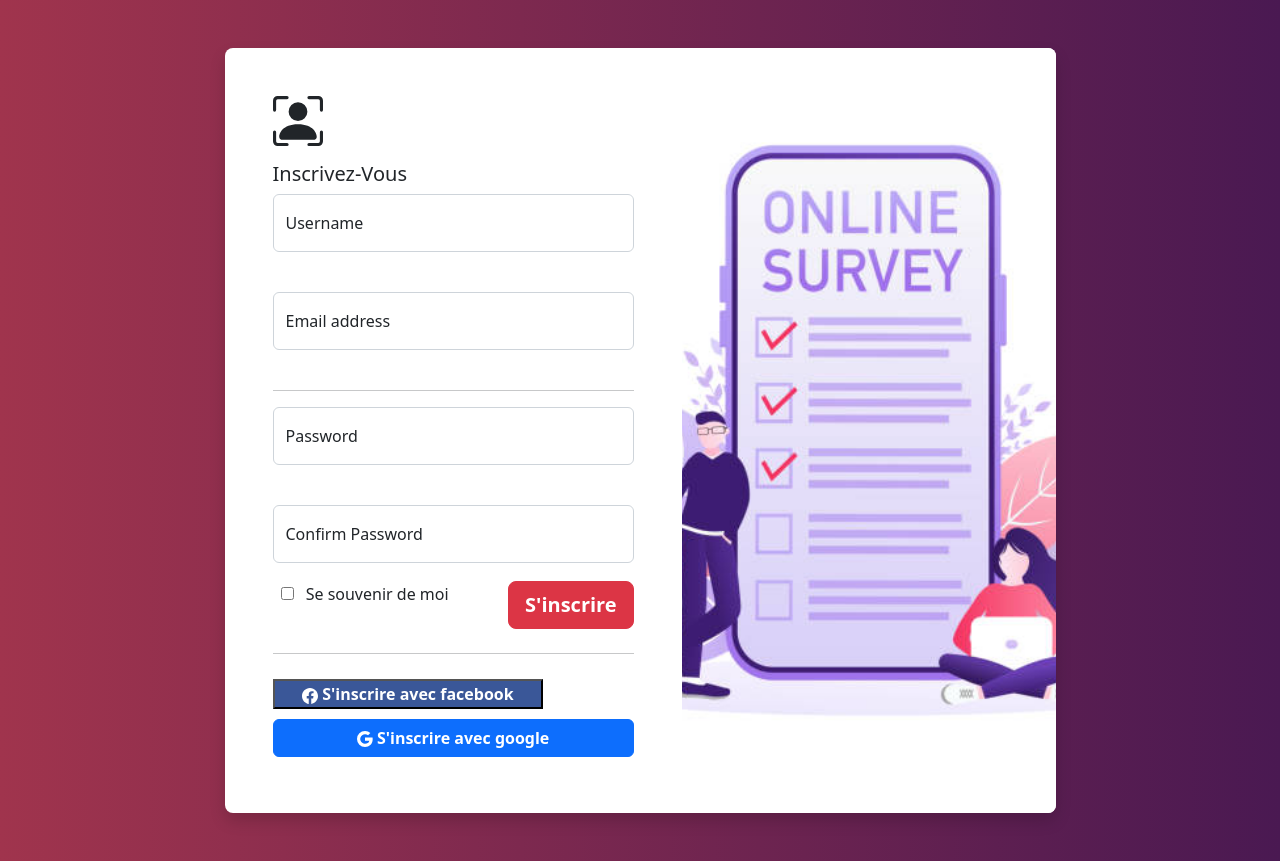
Repository: Djiamil/testsMoustaphaDER
Page: index.html
The author's editor kept a copy of each file at every save. The page is drawn from the files as they stood at one save, then again after the next save.
The browser window is 1280 px wide. The pictures show the whole page.

Above is the page before, as saved 2022-12-09 00:59:03.

### index.html
<!DOCTYPE html>
<html lang="en">
<head>
    <meta charset="UTF-8">
    <meta http-equiv="X-UA-Compatible" content="IE=edge">
    <meta name="viewport" content="width=device-width, initial-scale=1.0">
    <title>Formulaire d'inscription Futur Digital</title>
    <link rel="stylesheet" href="https://cdn.jsdelivr.net/npm/bootstrap@5.2.3/dist/css/bootstrap.min.css" integrity="sha384-rbsA2VBKQhggwzxH7pPCaAqO46MgnOM80zW1RWuH61DGLwZJEdK2Kadq2F9CUG65" crossorigin="anonymous">
    <link rel="stylesheet" href="style.css">
</head>
<body>
    <div class="container">
        <div class="row">
          <div class="col-lg-10 col-xl-9 mx-auto">
            <div class="card flex-row my-5 border-0 shadow rounded-3 overflow-hidden">
                <div class="card-body p-4 p-sm-5">
                    <div class="d-flex flex-column">
                        <svg xmlns="http://www.w3.org/2000/svg" width="50" height="50" fill="currentColor" class="bi bi-person-bounding-box mb-3" viewBox="0 0 16 16">
                            <path d="M1.5 1a.5.5 0 0 0-.5.5v3a.5.5 0 0 1-1 0v-3A1.5 1.5 0 0 1 1.5 0h3a.5.5 0 0 1 0 1h-3zM11 .5a.5.5 0 0 1 .5-.5h3A1.5 1.5 0 0 1 16 1.5v3a.5.5 0 0 1-1 0v-3a.5.5 0 0 0-.5-.5h-3a.5.5 0 0 1-.5-.5zM.5 11a.5.5 0 0 1 .5.5v3a.5.5 0 0 0 .5.5h3a.5.5 0 0 1 0 1h-3A1.5 1.5 0 0 1 0 14.5v-3a.5.5 0 0 1 .5-.5zm15 0a.5.5 0 0 1 .5.5v3a1.5 1.5 0 0 1-1.5 1.5h-3a.5.5 0 0 1 0-1h3a.5.5 0 0 0 .5-.5v-3a.5.5 0 0 1 .5-.5z"/>
                            <path d="M3 14s-1 0-1-1 1-4 6-4 6 3 6 4-1 1-1 1H3zm8-9a3 3 0 1 1-6 0 3 3 0 0 1 6 0z"/>
                        </svg>
                        <h5 class="card-title  fw-light fs-5">Inscrivez-Vous</h5>
                    </div>
                    <form class="form" id="form">

                    <div class="form-floating mb-3">
                        <label for="floatingInputUsername">Username</label>
                        <input type="text" class="form-control" id="username" placeholder="Enter username">
                        <small>Error message</small>
                    </div>

                    <div class="form-floating mb-3">
                        <label for="floatingInputEmail">Email address</label>
                        <input type="text" class="form-control" id="email" placeholder="Enter email">
                        <small>Error message</small>
                    </div>

                    <hr>

                    <div class="form-floating mb-3">
                        <label for="floatingPassword">Password</label>
                        <input type="password" class="form-control" id="password" placeholder="Enter password">
                        <small>Error message</small>
                    </div>

                    <div class="form-floating mb-3">
                        <label for="floatingPasswordConfirm">Confirm Password</label>
                        <input type="password" class="form-control" id="password2" placeholder="Confirm your password">
                    </div>

                    <div class="d-grid mb-2 w-100 d-flex justify-content-between">
                        <div>
                            <input type="checkbox" value="" class="m-2">
                            Se souvenir de moi
                        </div>
                        <button class="btn btn-lg btn-danger btn-login fw-bold  mr-25" id="btninscription">S'inscrire</button>
                    </div>

                    <hr class="my-4">
                </form>
                    <div class="d-grid mb-2 w-75">
                        <button class="btn-facebook fw-bold ">
                            <svg xmlns="http://www.w3.org/2000/svg" width="16" height="16" fill="currentColor" class="bi bi-facebook" viewBox="0 0 16 16">
                                <path d="M16 8.049c0-4.446-3.582-8.05-8-8.05C3.58 0-.002 3.603-.002 8.05c0 4.017 2.926 7.347 6.75 7.951v-5.625h-2.03V8.05H6.75V6.275c0-2.017 1.195-3.131 3.022-3.131.876 0 1.791.157 1.791.157v1.98h-1.009c-.993 0-1.303.621-1.303 1.258v1.51h2.218l-.354 2.326H9.25V16c3.824-.604 6.75-3.934 6.75-7.951z"/>
                            </svg>
                            S'inscrire avec facebook
                        </button>
                    </div>
                    <div class="d-grid mb-2">
                        <button class="btn btn-primary fw-bold ">
                            <svg xmlns="http://www.w3.org/2000/svg" width="16" height="16" fill="currentColor" class="bi bi-google" viewBox="0 0 16 16">
                                <path d="M15.545 6.558a9.42 9.42 0 0 1 .139 1.626c0 2.434-.87 4.492-2.384 5.885h.002C11.978 15.292 10.158 16 8 16A8 8 0 1 1 8 0a7.689 7.689 0 0 1 5.352 2.082l-2.284 2.284A4.347 4.347 0 0 0 8 3.166c-2.087 0-3.86 1.408-4.492 3.304a4.792 4.792 0 0 0 0 3.063h.003c.635 1.893 2.405 3.301 4.492 3.301 1.078 0 2.004-.276 2.722-.764h-.003a3.702 3.702 0 0 0 1.599-2.431H8v-3.08h7.545z"/>
                              </svg> S'inscrire avec google
                        </button>
                    </div>

                </div>
                <div class="card-img-left d-none d-md-flex">
                    <!-- Background image for card set in CSS! -->
                  </div>
            </div>
        </div>
    </div>
<script src="https://cdn.jsdelivr.net/npm/bootstrap@5.2.3/dist/js/bootstrap.min.js" integrity="sha384-cuYeSxntonz0PPNlHhBs68uyIAVpIIOZZ5JqeqvYYIcEL727kskC66kF92t6Xl2V" crossorigin="anonymous"></script>
<script src="script.js"></script>
</body>
</html>

### style.css
@import url('https://fonts.googleapis.com/css2?family=Open+Sans:wght@300&display=swap');
:root{
  --success-color: #2ecc71;
  --error-color: #e74c3c;
}
body {
    background: #a0344d;
    background: linear-gradient(to right, #a0344d, #4a1952);
  }

  .card-img-left {
    width: 45%;
    /* Link to your background image using in the property below! */
    background: scroll center url('./image/ins.jpg');
    background-size: cover;
  }

  /* .btn-login {
    font-size: 0.9rem;
    letter-spacing: 0.05rem;
    padding: 0.75rem 1rem;
  } */

  /* .btn-google {
    color: white !important;
    background-color: #2297f4;
  } */

  .btn-facebook {
    color: white !important;
    background-color: #3a5798;
  }
  .form-floating input:focus{
    outline: 0;
    border-color: #777;
}

.form-floating.success input{
    border-color: var(--success-color);
    margin: 2rem;
}

.form-floating.error input{
    border-color: var(--error-color);
}

  .form-floating small{
    color: var(--error-color);
    bottom: 0;
    left: 0;
    visibility: hidden;
}

.form-floating.error small{
    visibility: visible;
}
button{
  position:relative;
  margin-top: 0.1rem;
}

### script.js
const form = document.getElementById('form');
const username = document.getElementById('username');
const email = document.getElementById('email');
const password = document.getElementById('password');
const password2 = document.getElementById('password2');



function showError(input, message) {//Afficher les messages d'erreur
    const formControl = input.parentElement;
    formControl.className = 'form-floating error';
    const small = formControl.querySelector('small');
    small.innerText = message;
}

function showSuccess(input) {
    const formControl = input.parentElement;
    formControl.className = 'form-floating success';
}

function checkEmail(input) {//Tester si l'email est valide :  javascript : valid email
    const re = /^(([^<>()\[\]\\.,;:\s@"]+(\.[^<>()\[\]\\.,;:\s@"]+)*)|(".+"))@((\[[0-9]{1,3}\.[0-9]{1,3}\.[0-9]{1,3}\.[0-9]{1,3}\])|(([a-zA-Z\-0-9]+\.)+[a-zA-Z]{2,}))$/;

    if (re.test(input.value.trim().toLowerCase())) {
        showSuccess(input);
    } else {
        showError(input,`Email is not valid!`);
    }
}

function checkRequired(inputArray) {// Tester si les champs ne sont pas vides
    inputArray.forEach(input => {
        if (input.value.trim() === '') {
            showError(input,`${getFieldName(input)} is required`);
        }else{
            showSuccess(input);
        }
    });
}

//
function getFieldName(input) {//Retour le nom de chaque input en se basant sur son id
    return input.id.charAt(0).toUpperCase() + input.id.slice(1);
}
//

//
function checkLength(input, min, max) {//Tester la longueur de la valeur  d'un input
    if(input.value.length < min){
        showError(input, `${getFieldName(input)} must be at least ${min} characters!`)
    }else if(input.value.length > max){
        showError(input, `${getFieldName(input)} must be less than ${max} characters !`);
    }else{
        showSuccess(input);
    }
}
//
function checkPasswordMatch(input1, input2) {//Verifie la conformité des password
    if (input1.value !== input2.value) {
        showError(input2, 'Passwords do not match!');
    }
}

form.addEventListener('submit',function(e){
    e.preventDefault();//Bloquer la soumission du formulaire


    checkRequired([username, email, password, password2]);
    //
    checkLength(username, 3, 15);
    checkLength(password, 6, 25);
    checkEmail(email);
    checkPasswordMatch(password,password2);


    /*
    function isValidEmail(email) {//Tester si l'email est valide
    const re = /^(([^<>()\[\]\\.,;:\s@"]+(\.[^<>()\[\]\\.,;:\s@"]+)*)|(".+"))@((\[[0-9]{1,3}\.[0-9]{1,3}\.[0-9]{1,3}\.[0-9]{1,3}\])|(([a-zA-Z\-0-9]+\.)+[a-zA-Z]{2,}))$/;
    return re.test(String(email).toLowerCase());
}
*/
});

After the next save:
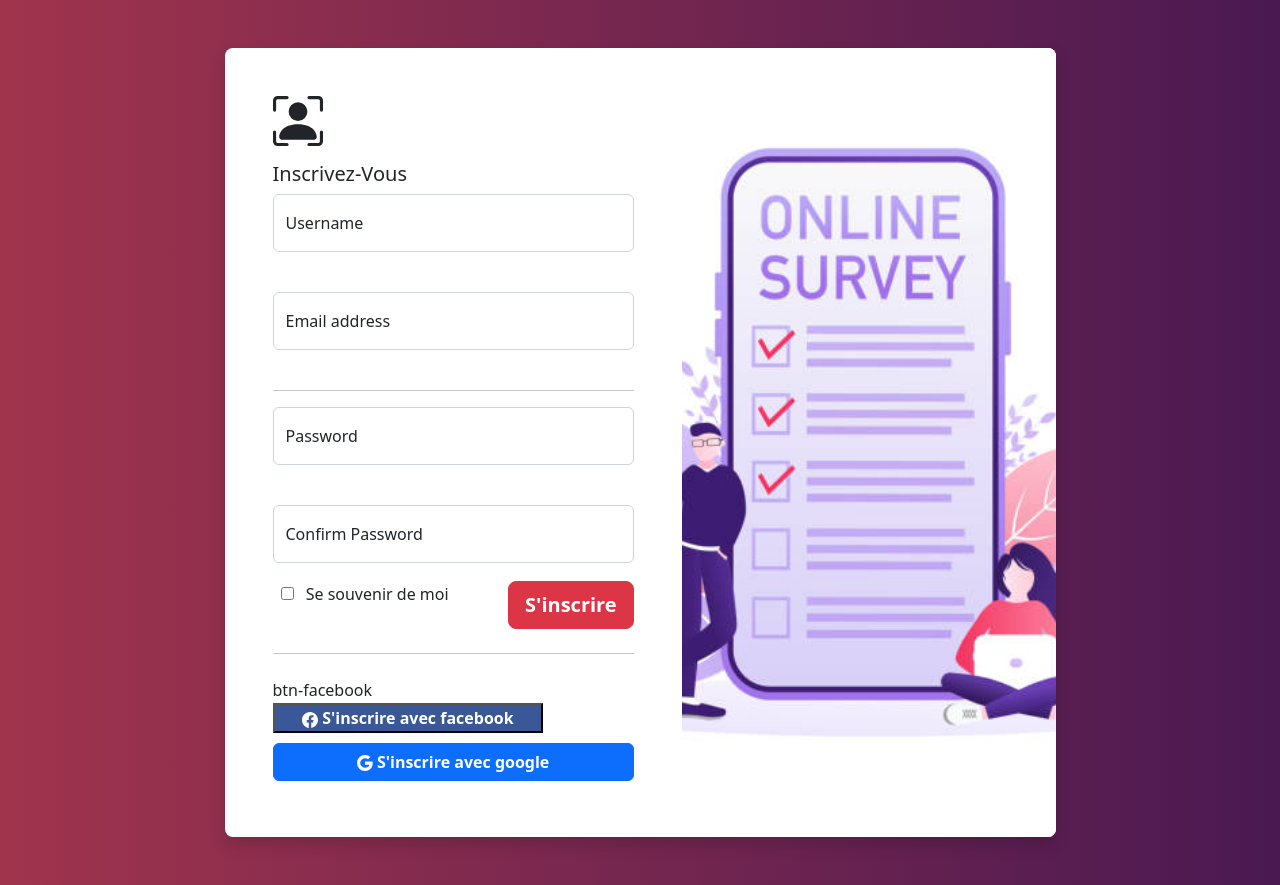
Saved 37 s later.
--- a/index.html
+++ b/index.html
@@ -56,7 +56,7 @@
                         <button class="btn btn-lg btn-danger btn-login fw-bold  mr-25" id="btninscription">S'inscrire</button>
                     </div>
 
-                    <hr class="my-4">
+                    <hr class="my-4">btn-facebook
                 </form>
                     <div class="d-grid mb-2 w-75">
                         <button class="btn-facebook fw-bold ">
